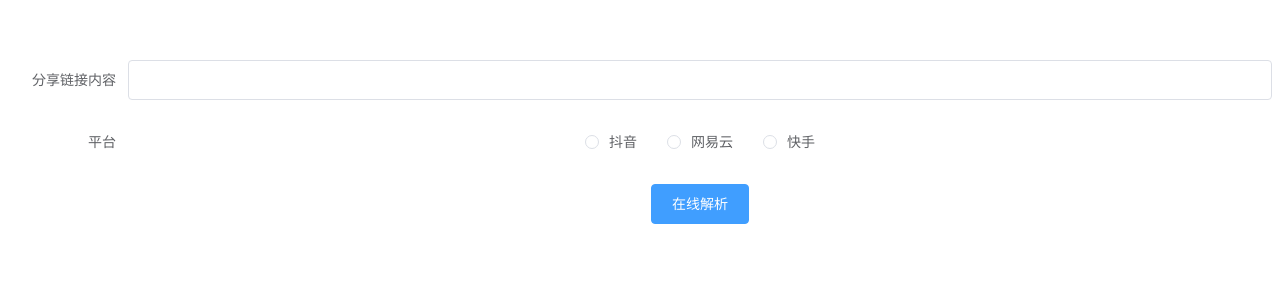
Repository: lyln/freepd
Page: / (app in frontend/freepd/)
The author's editor kept a copy of each file at every save. The page is drawn from the files as they stood at one save, then again after a run of saves.
The browser window is 1280 px wide. The pictures show the whole page.
The project was rebuilt for these pictures with package versions that can differ from the ones it lists, and the page was loaded fresh each time.

Above is the page before, as saved 2022-05-22 16:42:49.

After the next 2 saves:
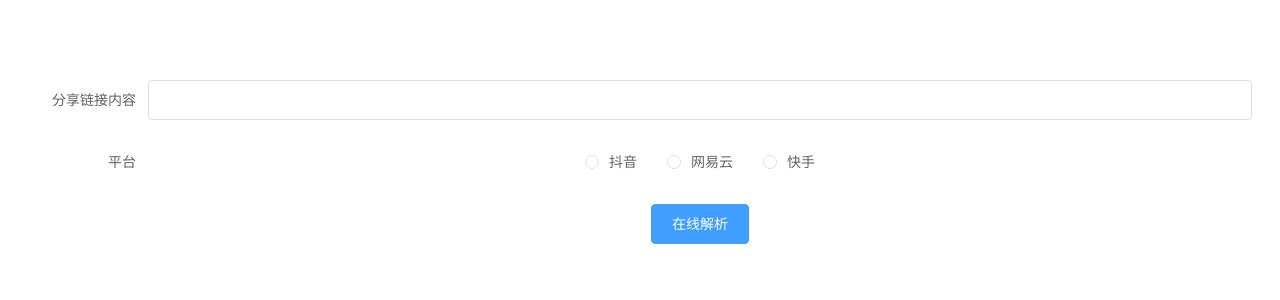
The 2 saves are shown as one change because they came seconds apart.
The last was saved 41 min 53 s later.
--- a/frontend/freepd/src/components/HelloWorld.vue
+++ b/frontend/freepd/src/components/HelloWorld.vue
@@ -1,26 +1,30 @@
 <template>
-	<el-row>
-		<el-col :span="24">
-			<div class="grid-content bg-purple-dark"></div>
+	<el-container>
+		<el-main>
+			<el-row>
+				<el-col :span="24">
+					<div class="grid-content bg-purple-dark"></div>
 
-			<el-form ref="form" :model="form" label-width="120px">
-				<el-form-item label="分享链接内容">
-					<el-input v-model="form.url"></el-input>
-				</el-form-item>
-				<el-form-item label="平台" label-width="120px">
-					<el-radio-group v-model="form.type">
-						<el-radio label="抖音"></el-radio>
-						<el-radio label="网易云"></el-radio>
-						<el-radio label="快手"></el-radio>
-					</el-radio-group>
-				</el-form-item>
-				<el-form-item>
-					<el-button type="primary" @click="onSubmit">在线解析</el-button>
-				</el-form-item>
-			</el-form>
+					<el-form ref="form" :model="form" label-width="120px">
+						<el-form-item label="分享链接内容">
+							<el-input v-model="form.url"></el-input>
+						</el-form-item>
+						<el-form-item label="平台" label-width="120px">
+							<el-radio-group v-model="form.type">
+								<el-radio label="抖音"></el-radio>
+								<el-radio label="网易云"></el-radio>
+								<el-radio label="快手"></el-radio>
+							</el-radio-group>
+						</el-form-item>
+						<el-form-item>
+							<el-button type="primary" @click="onSubmit">在线解析</el-button>
+						</el-form-item>
+					</el-form>
 
-		</el-col>
-	</el-row>
+				</el-col>
+			</el-row>
+		</el-main>
+	</el-container>
 
 </template>
 <script>
